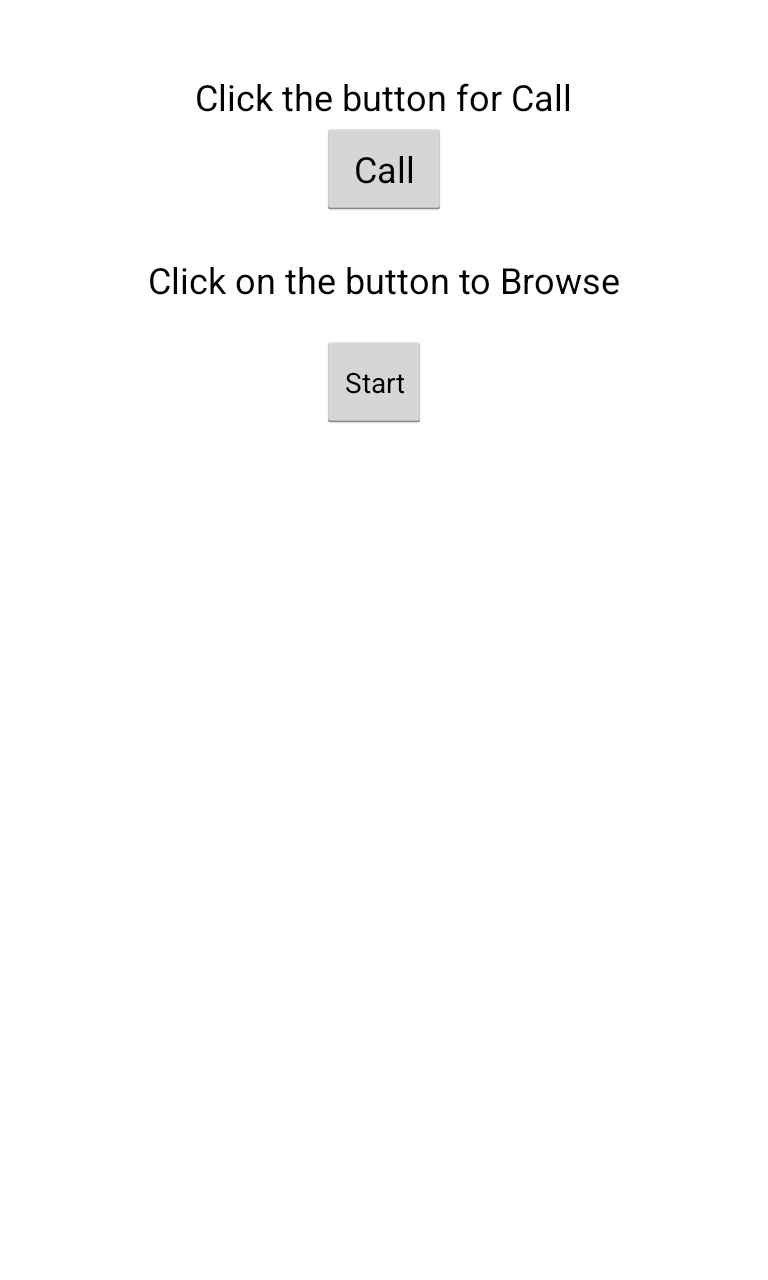
Repository: MadhuHS/OECM-1
Layout: ImplicitIntents/res/layout/activity_main.xml
The author's editor kept a copy of each file at every save. The layout is drawn from the files as they stood at one save, then again after the next save.
It is drawn on a 768 x 1280 px phone screen (xhdpi) without system bars, with theme AppTheme; the app's code is not run.

Above is the layout before, as saved 2015-10-02 14:13:38.

After the next save:
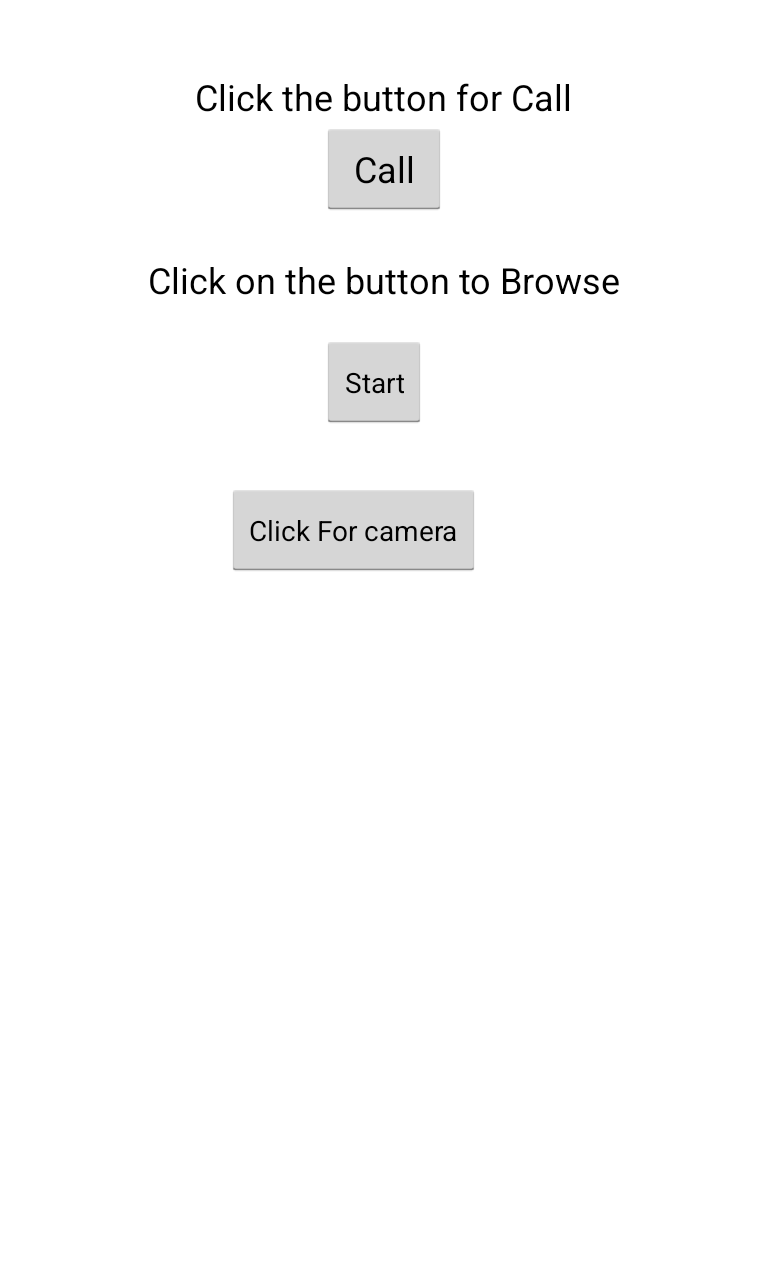
Saved 3 min 24 s later.
--- a/ImplicitIntents/res/layout/activity_main.xml
+++ b/ImplicitIntents/res/layout/activity_main.xml
@@ -46,4 +46,15 @@
         android:layout_marginTop="15dp"
         android:text="Start" />
 
+    <Button
+        android:id="@+id/button1"
+        style="?android:attr/buttonStyleSmall"
+        android:layout_width="wrap_content"
+        android:layout_height="wrap_content"
+        android:layout_alignLeft="@+id/textView1"
+        android:layout_below="@+id/buttonbrowse"
+        android:layout_marginLeft="15dp"
+        android:layout_marginTop="26dp"
+        android:text="Click For camera" />
+
 </RelativeLayout>
